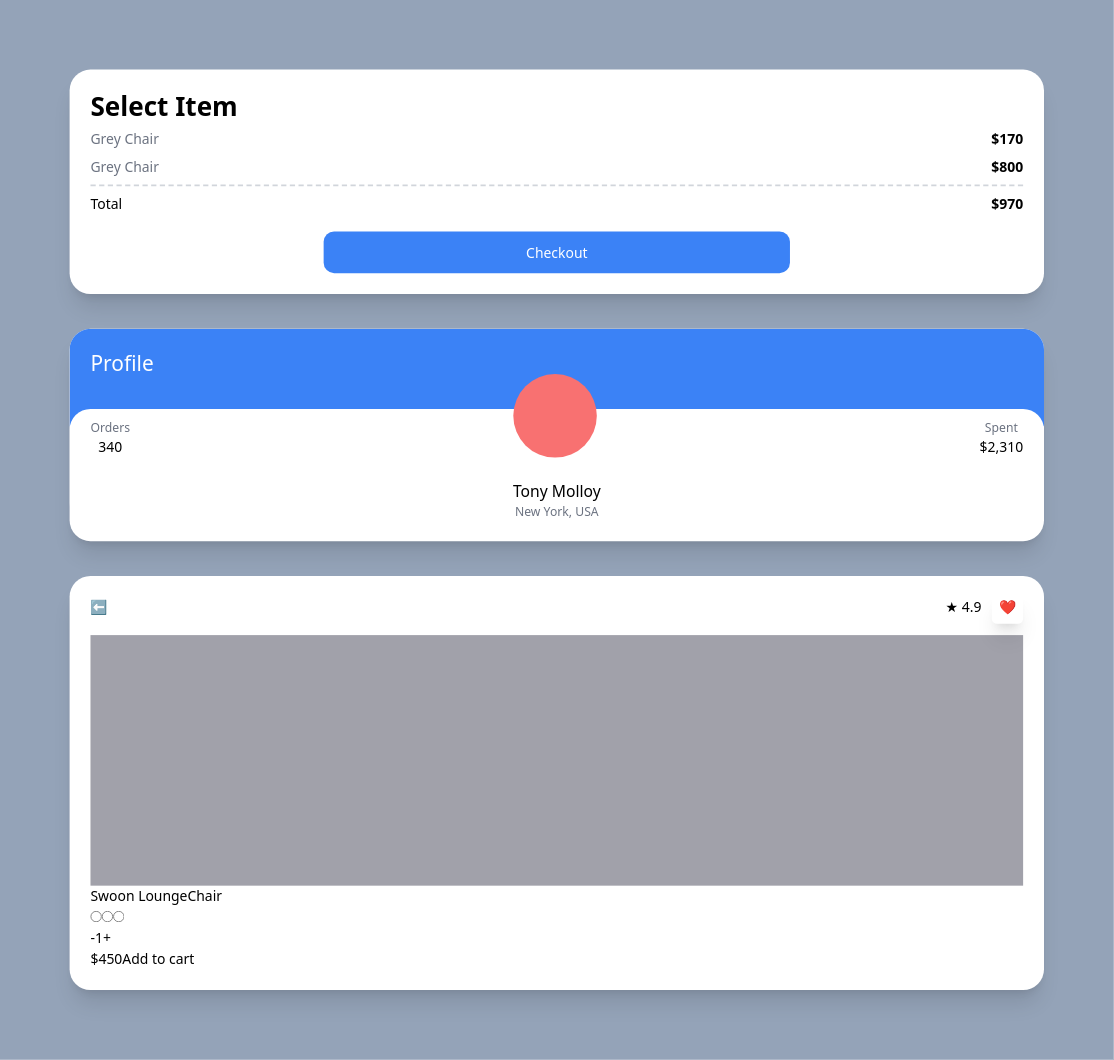
Repository: pjk0007/nextjs-carrot-marcket
Page: /
These files come from the project's save history. The page is drawn as it stood at one moment and after the next save; the edit follows.
The browser window is 1280 px wide. The pictures show the whole page, at 87% of full size.
The project was rebuilt for these pictures with package versions that can differ from the ones it lists, and the page was loaded fresh each time. The framework's server and built-in components were replaced by stand-ins that run in the browser. Also part of the build but not shown: next.config.js.

Above is the page before, as saved 2022-04-30 13:26:27.

### pages/index.tsx
import type { NextPage } from 'next'
const Home: NextPage = () => {
  return (
    <div className='bg-slate-400 py-20 px-20 grid gap-10 min-h-screen'>
      <div className='bg-white p-6 rounded-3xl shadow-xl'>
        <span className='font-semibold text-3xl'>Select Item</span>
        <div className='flex justify-between my-2'>
          <span className='text-gray-500'>Grey Chair</span>
          <span className='font-semibold'>$170</span>
        </div>
        <div className='flex justify-between'>
          <span className='text-gray-500'>Grey Chair</span>
          <span className='font-semibold'>$800</span>
        </div>
        <div className='flex justify-between mt-2 pt-2 border-t-2 border-dashed border-gray-300'>
          <span>Total</span>
          <span className='font-semibold'>$970</span>
        </div>
        <div className='mt-5 bg-blue-500 text-white p-3 text-center rounded-xl w-1/2 mx-auto'>Checkout</div>
      </div>

      <div className='bg-white overflow-hidden rounded-3xl shadow-xl'>
        <div className='bg-blue-500 p-6 pb-14'>
          <span className='text-white text-2xl'>Profile</span>
        </div>
        <div className='rounded-3xl p-6 relative -top-5 bg-white'>
          <div className='flex relative -top-16 items-end justify-between'>
            <div className='flex flex-col items-center'>
              <span className='text-sm text-gray-500'>Orders</span>
              <span className='font-medium'>340</span>
            </div>
            <div className='h-24 w-24 bg-red-400 rounded-full'/>
            <div className='flex flex-col items-center'>
              <span className='text-sm text-gray-500'>Spent</span>
              <span className='font-medium'>$2,310</span>
            </div>
          </div>
          <div className='flex flex-col items-center -mt-10 -mb-5'>
            <span className='text-lg font-medium'>Tony Molloy</span>
            <span className='text-sm text-gray-500'>New York, USA</span>
          </div>
        </div>
      </div>

      <div className='bg-white p-6 rounded-3xl shadow-xl'>
        <div className='flex mb-5 justify-between items-center'>
          <span>⬅</span>
          <div className='space-x-3'>
            <span>★ 4.9</span>
            <span className='shadow-xl p-2 rounded-md'>❤️</span>
          </div>
        </div>
        <div className='bg-zinc-400 h-72'/>
        <div>
          <span>Swoon Lounge</span>
          <span>Chair</span>
          <div>
            <div>
              <input type="radio" />
              <input type="radio" />
              <input type="radio" />
            </div>
            <div>
              <button>-</button>
              <span>1</span>
              <button>+</button>
            </div>
          </div>
          <div>
            <span>$450</span>
            <button>Add to cart</button>
          </div>
        </div>
      </div>
    </div>
  );
}

export default Home

### tailwind.config.js
module.exports = {
  content: [
    "./pages/**/*.{js,jsx,ts,tsx}",
    "./components/**/*.{js,jsx,ts,tsx}"
  ],
  theme: {
    extend: {},
  },
  plugins: [],
}

Loaded but not shown: pages/_app.tsx (common file); styles/globals.css (common file)

After the next save:
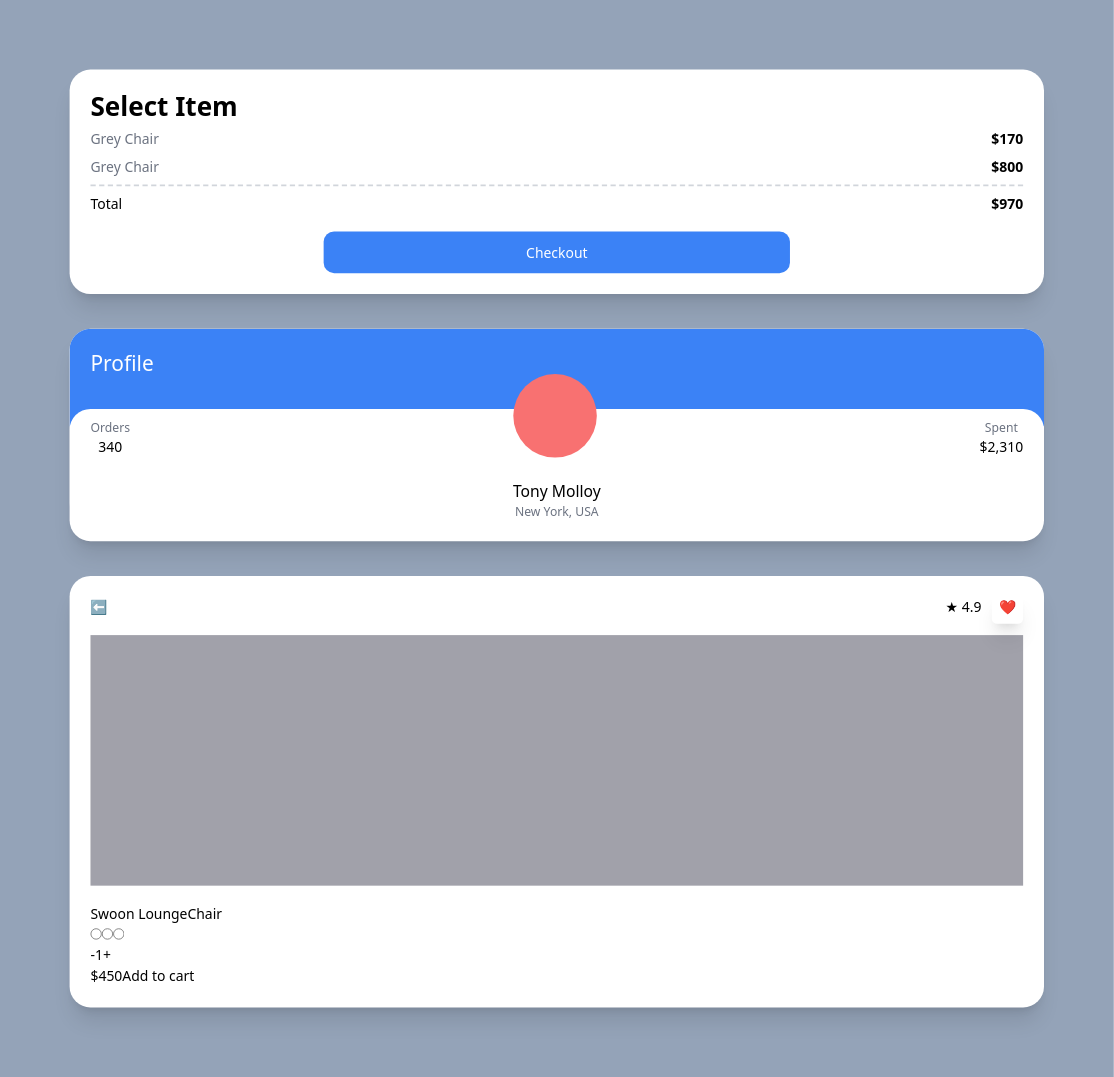
Saved 18 s later.
--- a/pages/index.tsx
+++ b/pages/index.tsx
@@ -50,7 +50,7 @@ const Home: NextPage = () => {
             <span className='shadow-xl p-2 rounded-md'>❤️</span>
           </div>
         </div>
-        <div className='bg-zinc-400 h-72'/>
+        <div className='bg-zinc-400 h-72 mb-5'/>
         <div>
           <span>Swoon Lounge</span>
           <span>Chair</span>
